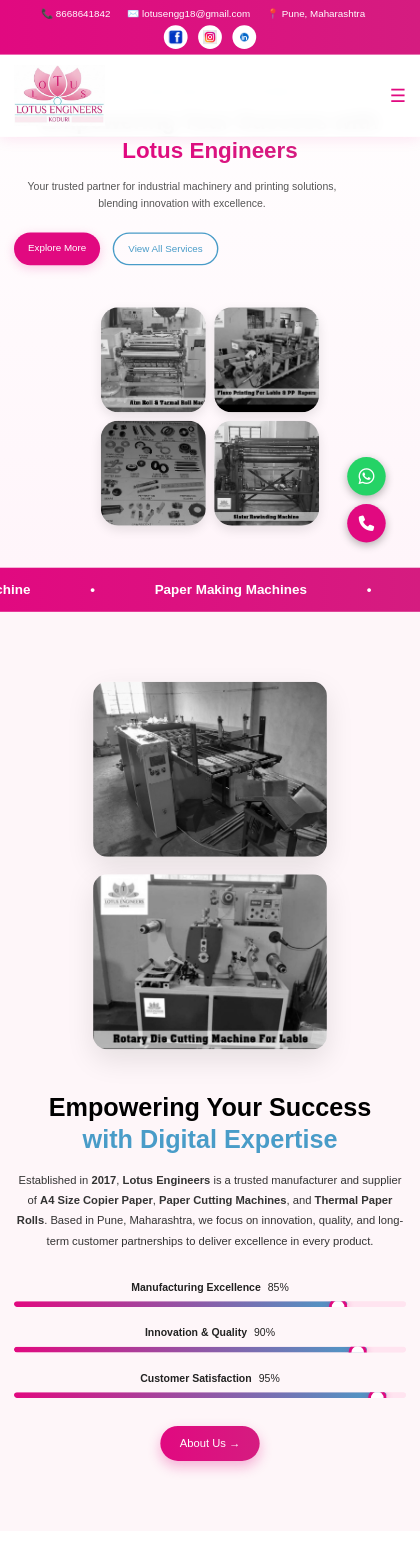
Repository: Khushichugh14/lotus-engineers
Page: index.html
The author's editor kept a copy of each file at every save. The page is drawn from the files as they stood at one save, then again after the next save.
The browser window is 600 px wide. The pictures show the part of the page from y = 0 to 2240 px (the page is 7313 px tall before and 7348 px after), at 70% of full size.
A picture or video elsewhere on the page could not be fetched, so the positions and the page height are approximate.

Above is the page before, as saved 2025-12-24 11:04:10.

After the next save:
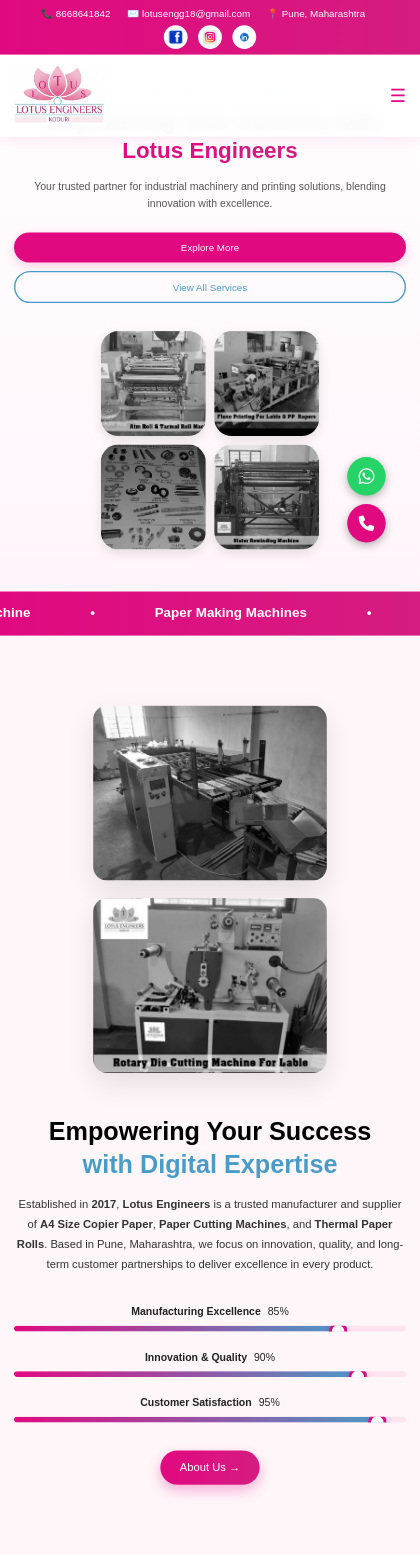
Saved 33 s later.
--- a/style.css
+++ b/style.css
@@ -131,6 +131,38 @@
 .btn.secondary:hover {
   background: #499cc8;
   color: #fff;
+}
+/* ===== HERO RESPONSIVE ===== */
+@media (max-width: 1024px) {
+  .hero-container {
+    flex-direction: column;
+    gap: 40px;
+    text-align: center;
+  }
+
+  .hero-left p {
+    max-width: 100%;
+  }
+}
+
+@media (max-width: 640px) {
+  .hero-left h1 {
+    font-size: 2rem;
+  }
+
+  .hero-buttons {
+    flex-direction: column;
+    gap: 12px;
+  }
+
+  .image-grid {
+    grid-template-columns: repeat(2, 1fr);
+  }
+
+  .image-grid img {
+    width: 140px;
+    height: 140px;
+  }
 }
 
 /* ----- Right (Image Grid) ----- */
